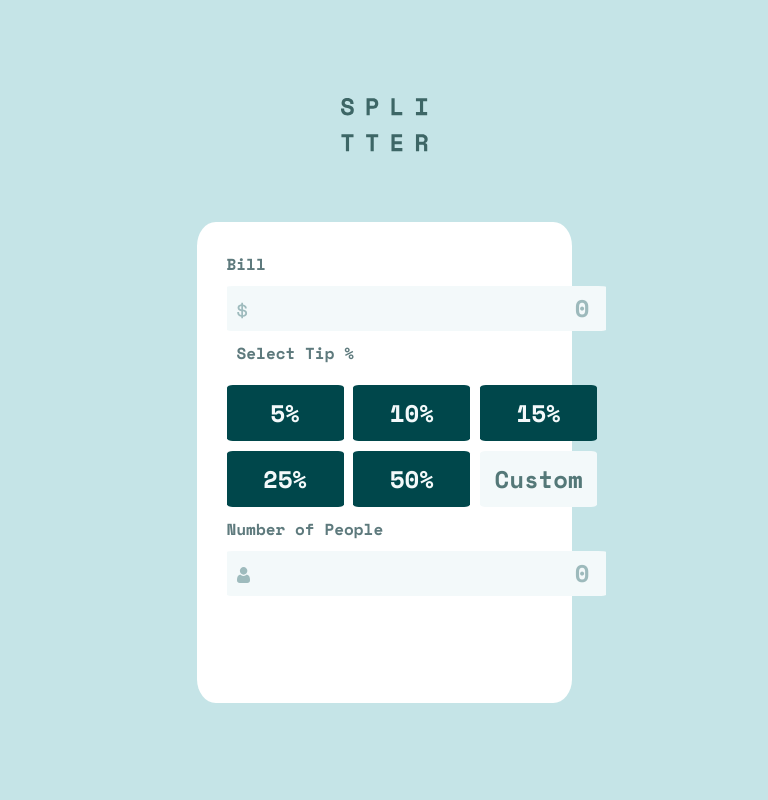
Repository: Arkitecth/tip-calculator
Page: index.html
An editor plug-in stored every save of this project. The page is shown before and after the next save, followed by the edit.
The browser window is 768 px wide. The pictures show the whole page.

Above is the page before, as saved 2023-06-09 19:48:26.

### index.html
<!DOCTYPE html>
<html lang="en">
<head>
  <meta charset="UTF-8">
  <meta name="viewport" content="width=device-width, initial-scale=1.0"> <!-- displays site properly based on user's device -->

  <link rel="icon" type="image/png" sizes="32x32" href="./images/favicon-32x32.png">
  <link rel="stylesheet" href="styles.css">
  <title>Tip calculator app</title>

</head>
<body>

  <main>
    <img src="images/logo.svg" alt="logo">
      <div class="app">
        <div class="entry">
          <div class="bill-entry">
            <p>Bill</p>
            <img src="images/icon-dollar.svg" alt="dollar sign"><input class="entry-input" type="text" name="Bill" id="Bill" placeholder="0">
          </div>

          <div class="tip-entry">
            <p>Select Tip %</p>
            <input type="button" value="5%">
            <input type="button" value="10%">
            <input type="button" value="15%">
            <input type="button" value="25%">
            <input type="button" value="50%">
            <input class="custom" type="button" value="Custom">
          </div>

          <div class="people-entry">
            <p>Number of People</p>
            <img src="images/icon-person.svg" alt="person sign"><input class="entry-input" type="text" name="people-entry" id="people-entry" placeholder="0">
          </div>

        </div>

        <div class="result">
          <div class="tip">
            <p class="title">Tip Amount
              <br>
              <span class="grey-color">/person</span>
            </p>
            <h1 class="amount">$0.00</h1>

          </div>

          <div class="total">
            <p class="title">Total
              <br>
              <span class="grey-color">/person</span>
            </p>
            <h1>$0.00</h1>
          </div>
          <button class="reset-button">Reset</button>
        </div>


  </div>
  </main>





</body>
</html>

### styles.css
@import url('https://fonts.googleapis.com/css2?family=Space+Mono:wght@700&display=swap');
* {
    margin: 0;
    padding: 0;
    font-family: 'Space Mono', monospace;
}

/* Main Styling */
body {
    background-color: #C5E4E7;

}

main {
    display: flex;
    flex-direction: column;
    justify-content: center;
    align-items: center;
    align-content: center;
    height: 100vh;
    gap: 70px;
}

/* App Styling */

.app {
    width: 920px;
    height: 481px;
    background-color: white;
    border-radius: 5%;
    display: grid;
    grid-template-columns: 1fr 1fr;
}

/* Entry Styling */

.entry {
    display: grid;
    padding-top: 30px;
    grid-template-rows: auto auto auto;
    padding-left: 30px;
    justify-content: center;
    color: #5E7A7D;
}

.entry p {
    margin-bottom: 10px;
}

.entry-input {
    background-color:#f3F9FA;
    width: 379px;
    height: 45px;
    border: none;
    border-radius: 2%;
    text-align: right;
    font-size: 1.5rem;
    color: #00474B;

}

.entry-input:focus {
    outline: none;
    border: 1px solid #26C2AE;

}

.entry-input::placeholder {
    text-align: right;
    font-size: 1.5rem;
    color:#00474B;
    opacity: 0.35;
    padding: 1rem;

}

/* Bill Styling */

.bill-entry {
    position: relative;
}

.bill-entry img {
    position: absolute;
    top: 50px;
    left: 10px;
}

/* Tip Entry */
.tip-entry p {
    padding: 10px;
}
.tip-entry input[type="button"] {
    width: 117px;
    padding: 10px;
    margin-bottom: 10px;
    background-color:#00474B;
    color: #f3F9FA;
    font-size: 1.5rem;
    border: none;
    border-radius: 5%;
    font-weight: 700;
}

.tip-entry input[type="button"]:active,.tip-entry input[type="button"]:hover {
    background-color: #26C2AE;
}
.tip-entry input[type="button"]:active {
    transform: translateY(4px);
}

.tip-entry input.custom {
    background-color: #F3F9FA;
    color:#547878;
}

/* People Entry Styling */
.people-entry {
    position: relative;
}
.people-entry img {
    position: absolute;
    top: 50px;
    left: 10px;
}

/* Result Styling */
.result {
    display: flex;
    flex-direction: column;
    background-color: #00474B;
    align-content: center;
    justify-content: space-evenly;
    border-radius: 10%;
    margin-top: 30px;
    width: 413px;
    height: 417px;
}

/* Tip Syling */
.tip {
    display: flex;
    flex-direction: row;
    justify-content: space-evenly;
    align-content: center;

}

.title {
    color: #FFFFFF;
    width: 98px;
}

.grey-color {
    color: #7F9D9F;
}

.amount {
    color: #26C2AE;
    font-size: 48px;
}

.total {
    display: flex;
    justify-content: space-evenly;
    transform: translateY(-50px);
}

/* Rest Button */
.reset-button {
    width: 333px;
    height: 48px;
    margin: 0 auto;
    text-transform: uppercase;
    font-size: 20px;
    background-color: #26C2AE;
    color: #00474B;
    border: none;
    border-radius: 2%;
}

.reset-button:hover,
.reset-button:active{
    background-color: #9FE8DF
}
.reset-button:active{
    transform: translateY(4px);
}

@media screen and (max-width:956px) {

    .main {
        justify-content: center;
    }
    .app {
        display: grid;
        grid-template-rows: 1fr 1fr;
        width: 375px;
    }
    .tip-entry input[type="button"] {

    }
    .result {
        display: none;
    }
}

After the next save:
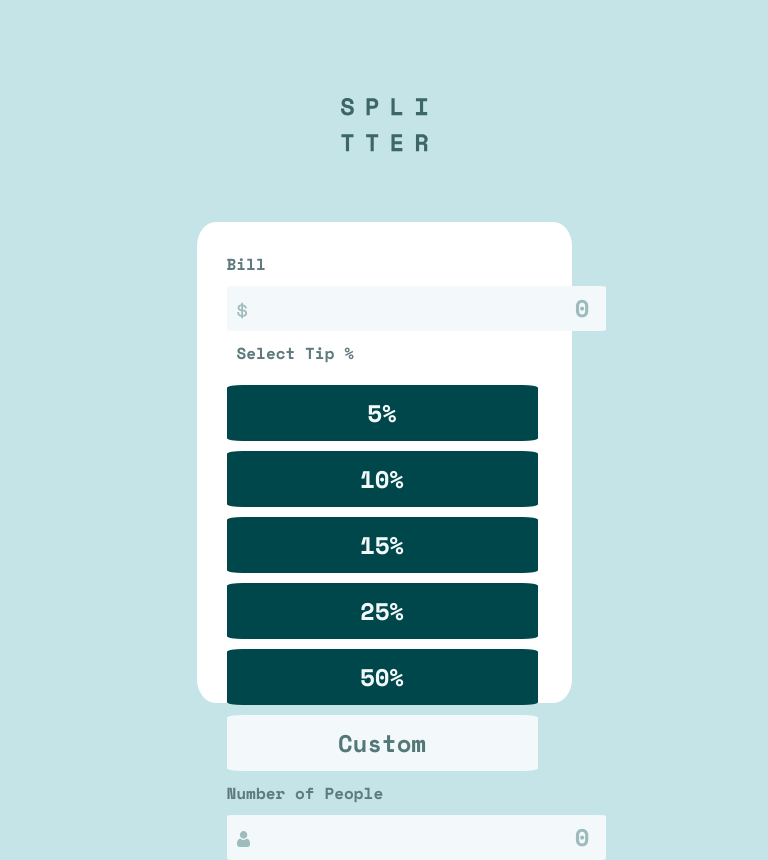
Saved 11 s later.
--- a/styles.css
+++ b/styles.css
@@ -198,7 +198,7 @@
         width: 375px;
     }
     .tip-entry input[type="button"] {
-
+        width: 311px;
     }
     .result {
         display: none;
